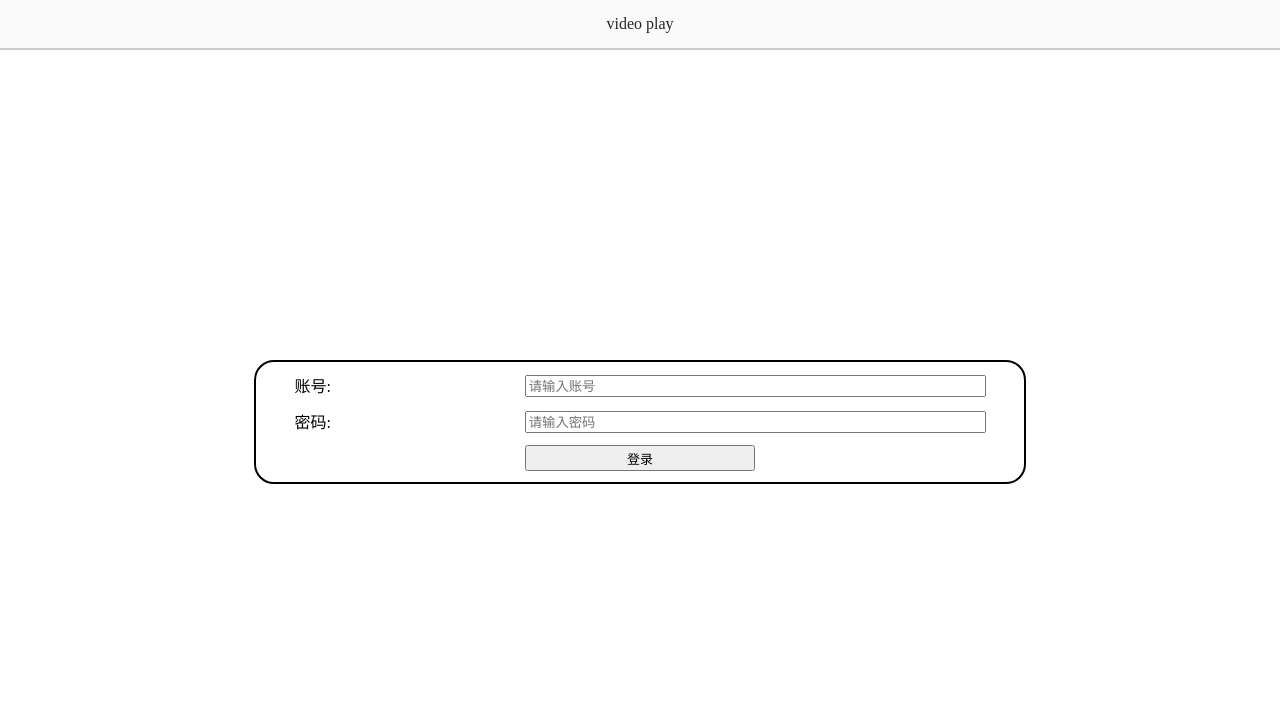
Repository: andycj7/-
Page: web/videoplay/index.html
These files come from the project's save history. The page is drawn as it stood at one moment and after the next save; the edit follows.
The browser window is 1280 px wide. The pictures show the whole page.

Above is the page before, as saved 2020-07-20 01:13:59.

### web/videoplay/index.html
<html>

<head>
<meta charset="utf-8">
<meta name="viewport"
	content="initial-scale=1, maximum-scale=1, user-scalable=no, width=device-width">
<title>VideoPlay</title>
<link rel="stylesheet" href="css/base.css">
</head>

<body>
	<div class="title">video play</div>
	<div class="line"></div>
	<div class="div-space"></div>
	<div class="body">
		<div id="divParentLogin" class="div-parent-login">
			<div class="div-child-login">
				<label class="label-login">账号:</label> <input id="inputUserName"
					class="input-login" type="text" placeholder="请输入账号"></input>
			</div>
			<div class="div-child-login">
				<label class="label-login">密码:</label> <input id="inputPassWord"
					class="input-login" type="password" placeholder="请输入密码"></input>
			</div>
			<div class="div-child-login">
				<button class="button-login" onclick="on_login()">登录</button>
			</div>
		</div>

		<div id="divParentPlay" class="div-parent-play">
			<div class="div-child-video">
				<video id="videoPlay" class="video-play" preload="auto">
					<source src="./res/video/2.mp4" type="video/mp4">
				</video>
			</div>
			<div class="div-child-control">
				<button class="button-play-1" onclick="on_play()">开始播放</button>
				<button class="button-play-1" onclick="on_pause()">暂停播放</button>
				<button class="button-play-1" onclick="on_finish()">结束播放</button>
			</div>
			<div class="div-child-control">
				<button class="button-play-2" onclick="on_set_mute(true)">静音</button>
				<button class="button-play-2" onclick="on_set_mute(false)">取消静音</button>
				<button class="button-play-2" onclick="on_set_volume(true)">音量+</button>
				<button class="button-play-2" onclick="on_set_volume(false)">音量-</button>
			</div>
		</div>
	</div>
</body>
<script src="js/index.js"></script>
</html>

### web/videoplay/css/base.css
@charset "UTF-8";

body {
	margin: 0;
}

.title {
	height: 48px;
	font-size: 16px;
	line-height: 48px;
	text-align: center;
	color: rgba(0, 0, 0, .85);
	background-color: #fafafa;
}

.line {
	width: 100%;
	height: 2px;
	background-color: rgb(204, 204, 204);
}

.body {
	display: flex;
	flex-direction: column;
	justify-content: center;
	align-items: center;
	height: 600px;
}

.div-parent-login {
	display: flex;
	flex-direction: column;
	justify-content: center;
	align-items: center;
	border: 2px solid #000;
	border-radius: 20px;
	height: 20%;
	width: 60%;
}

.div-child-login {
	display: flex;
	flex-direction: row;
	justify-content: space-around;
	align-items: center;
	height: 30%;
	width: 100%;
}

.div-space {
	height: 10%;
	width: 100%;
}

.button-login {
	height: 70%;
	width: 30%;
	font-size: 13px;
}

.label-login {
	height: 70%;
	width: 20%;
}

.input-login {
	height: 60%;
	width: 60%;
}

.div-parent-play {
	display: flex;
	flex-direction: column;
	justify-content: center;
	align-items: center;
	height: 60%;
	width: 100%;
	display: none;
}

.div-child-video {
	height: 60%;
	width: 100%;
}

.div-child-control {
	display: flex;
	flex-direction: row;
	justify-content: space-around;
	align-items: center;
	height: 20%;
	width: 100%;
}

.button-play-1 {
	height: 70%;
	width: 30%;
	font-size: 16px;
}

.button-play-2 {
	height: 70%;
	width: 22%;
	font-size: 15px;
}

.video-play {
	height: 100%;
	width: 100%;
}

### web/videoplay/js/index.js
/**
 *
 */

const on_login = ()=>{

	let usrName = document.getElementById("inputUserName").value;
	let passWord = document.getElementById("inputPassWord").value;
	if(usrName == "张三" && passWord == "123"){
		document.getElementById("divParentLogin").style.display = "none";
		document.getElementById("divParentPlay").style.display = "block";
	}
	else{
		alert("登录名或密码错误！！！");
	}
};

const on_play = () => {

	document.getElementById("videoPlay").play();
}

const on_pause = () => {

	document.getElementById("videoPlay").pause();
}

const on_set_mute = (flag) => {

	document.getElementById("videoPlay").muted = flag;
};

const on_set_volume = (flag) => {
	var video = document.getElementById("videoPlay");
	console.log(video.volume+"\n");
	if(flag == true){
		if(video.volume <= 0.9)
			video.volume += Number(0.1);
	}
	else if(flag == false){
		if(video.volume >= 0.1)
			video.volume -= Number(0.1);
	}
}

const on_finish = ()=> {
	document.getElementById("videoPlay").load();
}

After the next save:
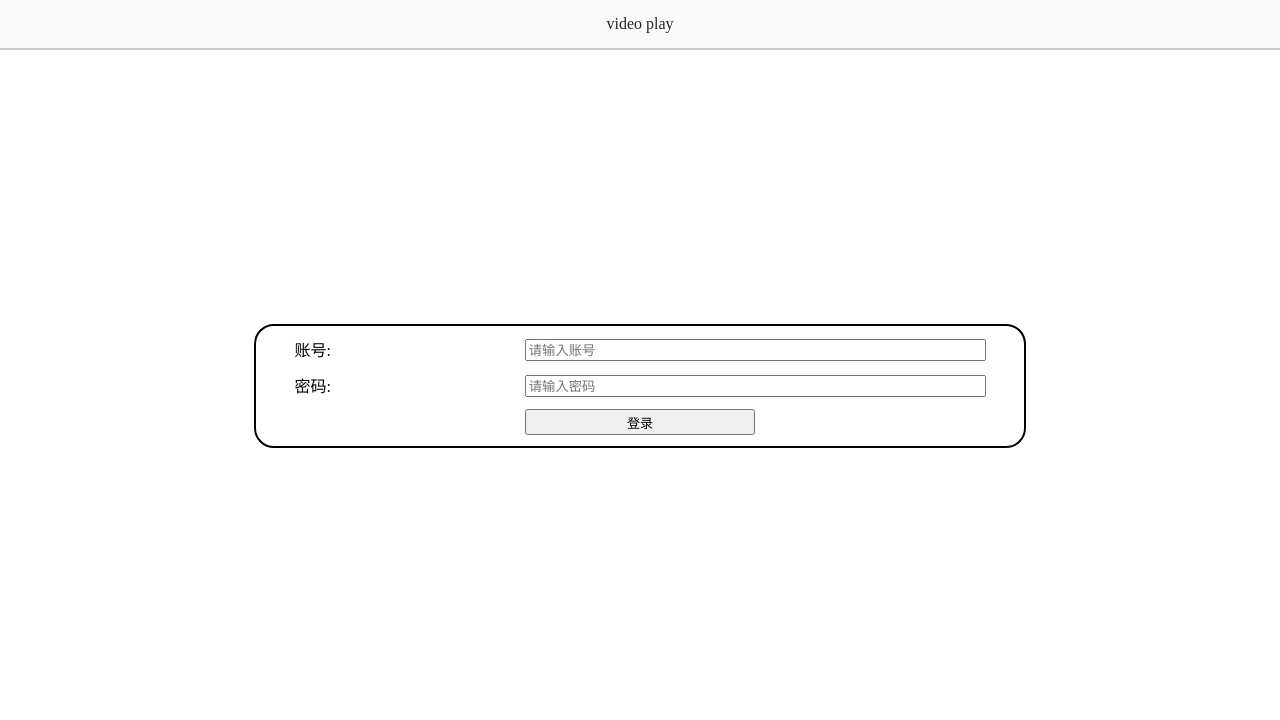
Saved 45 s later.
--- a/web/videoplay/css/base.css
+++ b/web/videoplay/css/base.css
@@ -48,7 +48,7 @@ body {
 }
 
 .div-space {
-	height: 10%;
+	height: 5%;
 	width: 100%;
 }
 
